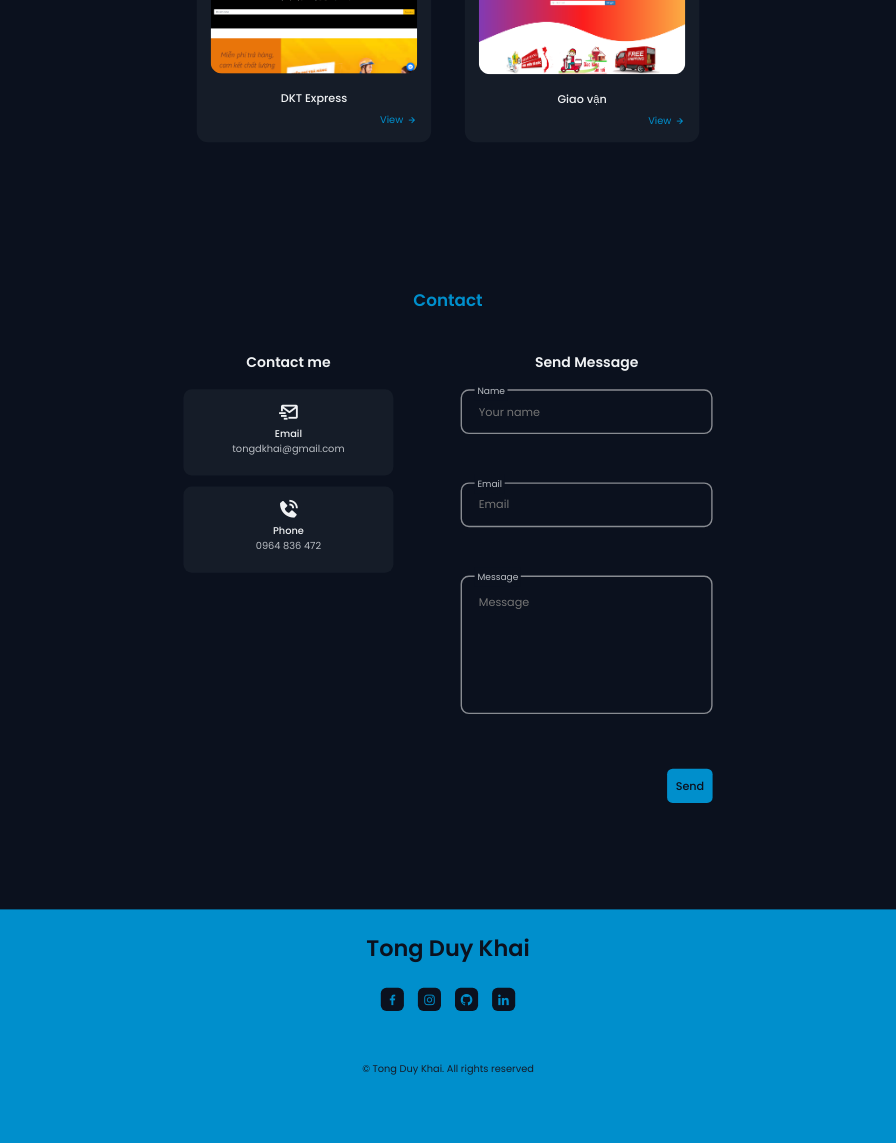
Repository: tongdkhai/portfolio
Page: index.html
An editor plug-in stored every save of this project. The page is shown before and after the next save, followed by the edit.
The browser window is 1280 px wide. The pictures show the part of the page from y = 2193 to 4113 px (the page is 3826 px tall before and 4113 px after), at 70% of full size.

Above is the page before, as saved 2022-02-24 14:09:22.

### index.html
<!DOCTYPE html>
<html lang="en">

<head>
    <meta charset="UTF-8">
    <meta name="viewport" content="width=device-width, initial-scale=1.0">

    <!--=============== FAVICON ===============-->
    <link rel="shortcut icon" href="./img/favicon.png" type="image/x-icon">

    <!--=============== BOXICONS ===============-->
    <link href='https://unpkg.com/boxicons@2.1.1/css/boxicons.min.css' rel='stylesheet'>

    <!--=============== SWIPER CSS ===============-->
    <link rel="stylesheet" href="./css/swiper-bundle.min.css">

    <!--=============== CSS ===============-->
    <link rel="stylesheet" href="./css/main.css">

    <title>Tong Duy Khai</title>
</head>

<body>
    <!--=============== HEADER ===============-->
    <header class="header" id="header">
        <nav class="nav container">

            <a href="#" class="nav__logo">Tong Duy Khai</a>

            <div class="nav__menu">
                <ul class="nav__list">
                    <li class="nav__item ">
                        <a href="#home" class="nav__link active-link">
                            <i class='bx bx-home-alt'></i>
                        </a>
                    </li>

                    <li class="nav__item">
                        <a href="#about" class="nav__link">
                            <i class='bx bx-user'></i>
                        </a>
                    </li>

                    <li class="nav__item">
                        <a href="#skills" class="nav__link">
                            <i class='bx bx-book'></i>
                        </a>
                    </li>

                    <li class="nav__item">
                        <a href="#work" class="nav__link">
                            <i class='bx bx-briefcase-alt'></i>
                        </a>
                    </li>

                    <li class="nav__item">
                        <a href="#contact" class="nav__link">
                            <i class='bx bx-message'></i>
                        </a>
                    </li>
                </ul>
            </div>

            <i class='bx bx-moon change-theme' id="theme-button"></i>
        </nav>
    </header>

    <!--=============== MAIN ===============-->
    <main class="main">
        <!--=============== HOME ===============-->
        <section class="home section" id="home">
            <div class="home__container container grid">
                <div class="home__data">
                    <h1 class="home__name">Tong Duy Khai</h1>
                    <h3 class="home__education">Front End - Web Developer<br><br>

                        <div class="home__buttons">
                            <a download="" href="./pdf/Tong Duy Khai_CV.pdf" class="button button--ghost" target="_blank">
                                Download CV
                            </a>
                        </div>
                </div>
                 <div class="home__handle">
                    <img src="./img/avatar.png" alt="" class="home__img">
                </div>
            </div>
        </section>

        <!--=============== ABOUT ===============-->
        <section class="about section" id="about">
            <h2 class="section__title">Infomation</h2>

            <div class="about__container container grid">
                <img src="./img/avatar.png" alt="" class="about__img">

                <div class="about__data">
                    <div class="about__info">
                        <div class="about__box">
                            <i class='bx bx-award about__icon'></i>
                            <h3 class="about__title">Experience</h3>
                            <span class="about__subtitle">Intern</span>
                        </div>

                        <div class="about__box">
                            <i class='bx bx-briefcase about__icon'></i>
                            <h3 class="about__title">Complete</h3>
                            <span class="about__subtitle">2+ Projects</span>
                        </div>

                        <div class="about__box">
                            <i class='bx bxs-building-house about__icon'></i>
                            <h3 class="about__title">Worked</h3>
                            <span class="about__subtitle">Worked in the company</span>
                        </div>
                    </div>

                    <p class="about__description">
                        Frontend Developer, I create web pages with HTML, CSS and Javascript.
                    </p>

                </div>
            </div>
        </section>

        <!--=============== SKILLS ===============-->
        <section class="skills section" id="skills">
            <h2 class="section__title">Skills</h2>

            <div class="skills__container container grid">

                 <div class="skills__content">
                    <h3 class="skills__title">FrontEnd Developer</h3>

                    <div class="skills__box">
                        <div class="skills__group">
                            <div class="skills__data">
                                <i class='bx bx-check-circle'></i>

                                <div>
                                    <h3 class="skills__name">HTML</h3>
                                    <span class="skills__level">Basic</span>
                                </div>
                            </div>

                            <div class="skills__data">
                                <i class='bx bx-check-circle'></i>

                                <div>
                                    <h3 class="skills__name">CSS</h3>
                                    <span class="skills__level">Basic</span>
                                </div>
                            </div>

                        </div>
                        <div class="skills__group">
                            <div class="skills__data">
                                <i class='bx bx-check-circle'></i>

                                <div>
                                    <h3 class="skills__name">Javascript</h3>
                                    <span class="skills__level">Basic</span>
                                </div>
                            </div>

                        </div>
                    </div>
                </div>

                <div class="skills__content">
                    <h3 class="skills__title">Tools - Frameworks</h3>

                    <div class="skills__box">
                        <div class="skills__group">
                            <div class="skills__data">
                                <i class='bx bx-check-circle'></i>

                                <div>
                                    <h3 class="skills__name">Bootstrap</h3>
                                    <span class="skills__level">Basic</span>
                                </div>
                            </div>

                            <div class="skills__data">
                                <i class='bx bx-check-circle'></i>

                                <div>
                                    <h3 class="skills__name">Git/Github</h3>
                                    <span class="skills__level">Basic</span>
                                </div>
                            </div>
                        </div>
                    </div>
                </div>


            </div>
        </section>

        <!--=============== WORK ===============-->
        <section class="work section" id="work">
            <h2 class="section__title">Portfolio</h2>

            <div class="work__container container grid">
                <div class="work__card mix web">
                    <img src="./img/DKT Express.png" alt="" class="work__img">

                    <h3 class="work__title">DKT Express</h3>
                    <a href="https://tongdkhai.github.io/DKT-Express/" target="_blank" class="work__button">
                        View <i class='bx bx-right-arrow-alt work__icon'></i>
                    </a>
                </div>

                <div class="work__card mix web">
                    <img src="./img/Giaovan.png" alt="" class="work__img">

                    <h3 class="work__title">Giao vận</h3>
                    <a href="https://tongdkhai.github.io/giaovan/" target="_blank" class="work__button">
                        View <i class='bx bx-right-arrow-alt work__icon'></i>
                    </a>
                </div>
            </div>
        </section>

        <!--=============== CONTACT ===============-->
        <section class="contact section" id="contact">
            <h2 class="section__title">Contact</h2>

            <div class="contact__container container grid">
                <div class="contact__content">
                    <h3 class="contact__title">Contact me</h3>

                    <div class="contact__info">
                        <div class="contact__card">
                            <i class='bx bx-mail-send contact__card-icon'></i>
                            <h3 class="contact__card-title">Email</h3>
                            <span class="contact__card-data">tongdkhai@gmail.com</span>
                        </div>

                        <div class="contact__card">
                            <i class='bx bxs-phone-call contact__card-icon'></i>
                            <h3 class="contact__card-title">Phone</h3>
                            <span class="contact__card-data">0964 836 472</span>
                        </div>


                    </div>
                </div>

                <div class="contact__content">
                    <h3 class="contact__title">Send Message</h3>

                    <form action="" class="contact__form" id="form-1">
                        <div class="contact__form-div">
                            <label for="fullname" class="contact__form-tag">Name</label>
                            <input id="fullname" name="fullname" type="text" placeholder="Your name"
                                class="contact__form-input">
                            <span class="form-message"></span>
                        </div>

                        <div class="contact__form-div">
                            <label for="email" class="contact__form-tag">Email</label>
                            <input id="email" name="email" type="text" placeholder="Email"
                                class="contact__form-input">
                            <span class="form-message"></span>
                        </div>

                        <div class="contact__form-div contact__form-area">
                            <label for="" class="contact__form-tag">Message</label>
                            <textarea name="message" id="message" cols="30" rows="10" class="contact__form-input"
                                placeholder="Message"></textarea>
                            <span class="form-message"></span>
                        </div>

                        <button class="button form-submit pull-right">Send</button>
                    </form>
                </div>
            </div>
        </section>
    </main>

    <!--=============== FOOTER ===============-->
    <footer class="footer">
        <div class="footer__container container">
            <h1 class="footer__title">Tong Duy Khai</h1>

            <ul class="footer__social">
                <a href="https://www.facebook.com/tongdkhai/" target="_blank" class="footer__social-link">
                    <i class='bx bxl-facebook'></i>
                </a>
                <a href="https://www.instagram.com/dk.tong/" target="_blank" class="footer__social-link">
                    <i class='bx bxl-instagram'></i>
                </a>
                <a href="https://github.com/tongdkhai" target="_blank"
                    class="footer__social-link">
                    <i class='bx bxl-github'></i>
                </a>
                <a href="https://www.linkedin.com/in/tongdkhai/" target="_blank"
                    class="footer__social-link">
                    <i class='bx bxl-linkedin'></i>
                </a>
            </ul>

            <span class="footer__copy">
                &#169; Tong Duy Khai. All rights reserved
            </span>
        </div>
    </footer>

    <div class="social">
         <a href="https://www.facebook.com/tongdkhai/" target="_blank" class="social-link">
                        <i class='bx bxl-facebook'></i>
                    </a>

                    <a href="https://www.instagram.com/dk.tong/" target="_blank" class="social-link">
                        <i class='bx bxl-instagram'></i>
                    </a>

                    <a href="https://github.com/tongdkhai" target="_blank" class="social-link">
                        <i class='bx bxl-github'></i>
                    </a>

                    <a href="https://www.linkedin.com/in/tongdkhai/" target="_blank" class="social-link">
                        <i class='bx bxl-linkedin'></i>
                    </a>
    </div>
    <div id="toast"></div>
    <!-- FORM VALIDATOR -->
    <script src="./js/validator.js"></script>
    <script>
        Validator({
            form: '#form-1',
            formGroupSelector: '.contact__form-div',
            errorSelector: '.form-message',
            rules: [
                Validator.isRequired('#fullname', 'Please write your name'),
                Validator.isRequired('#email', 'Please write your email'),
                Validator.isEmail('#email', 'Email isnt invalid, please rewrite'),
                Validator.isRequired('#message', 'Please write message for me'),
            ],
            onSubmit: function (data) {
                console.log(data);
            }
        });
    </script>
    <!-- TOAST MESENGES -->
    <script src="./js/toast.js"></script>

    <!--=============== SCROLLREVEAL ===============-->
    <script src="./js/scrollreveal.min.js"></script>

    <!--=============== MIXITUP FILTER ===============-->
    <script src="./js/mixitup.min.js"></script>

    <!--=============== MAIN JS ===============-->
    <script src="./js/main.js"></script>
</body>

</html>

Loaded but not shown: css/swiper-bundle.min.css (library); js/scrollreveal.min.js (library); js/mixitup.min.js (library); js/validator.js (167 lines, source omitted); js/main.js (96 lines, source omitted); js/toast.js (60 lines, source omitted); css/main.css (919 lines, source omitted)

After the next save:
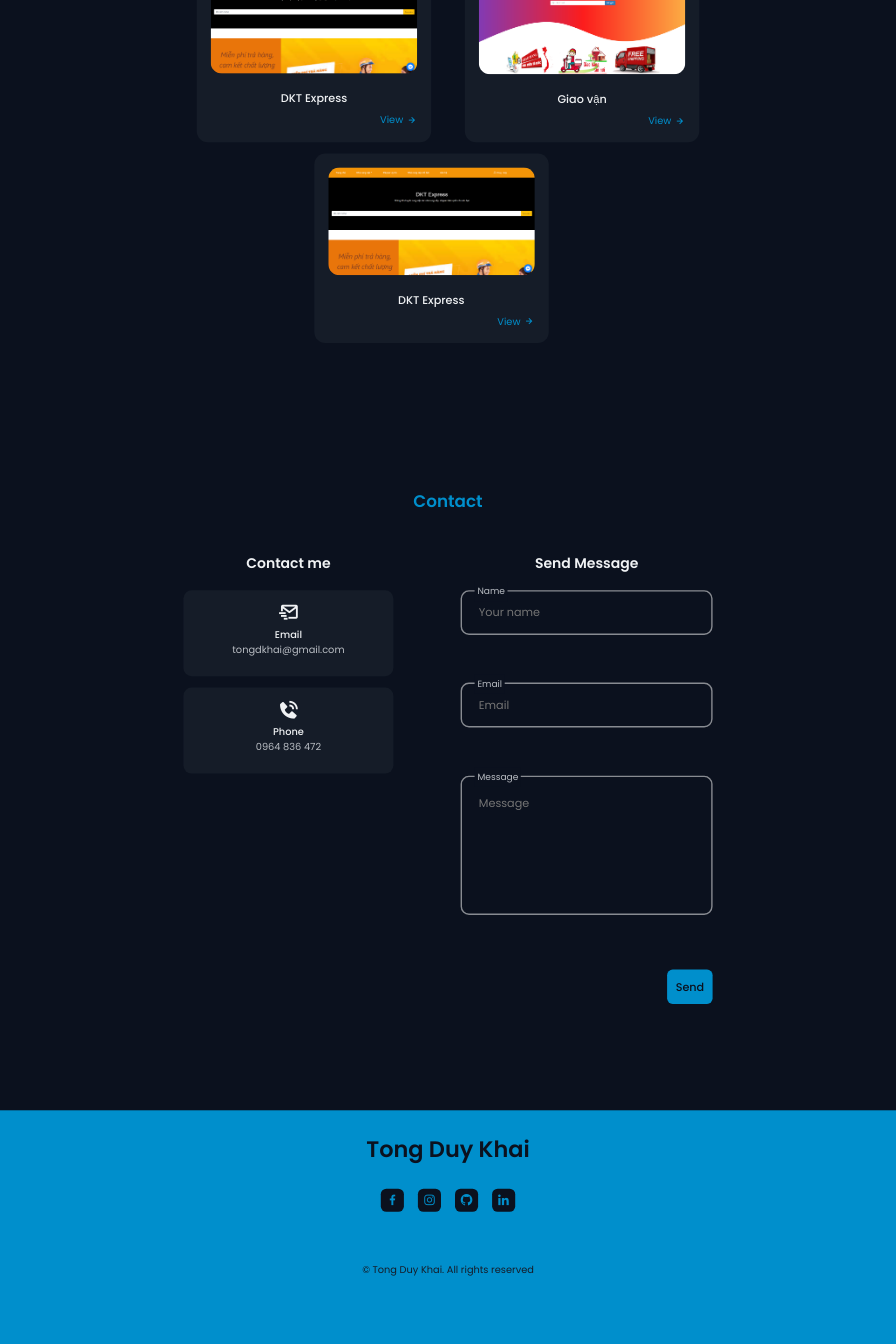
Saved 166 days later.
--- a/index.html
+++ b/index.html
@@ -218,6 +218,17 @@
                         View <i class='bx bx-right-arrow-alt work__icon'></i>
                     </a>
                 </div>
+            </div>
+            <div class="work__container container grid">
+                <div class="work__card mix web">
+                    <img src="./img/DKT Express.png" alt="" class="work__img">
+
+                    <h3 class="work__title">DKT Express</h3>
+                    <a href="https://tongdkhai.github.io/Shopeeshop/" target="_blank" class="work__button">
+                        View <i class='bx bx-right-arrow-alt work__icon'></i>
+                    </a>
+                </div>
+
             </div>
         </section>
 
